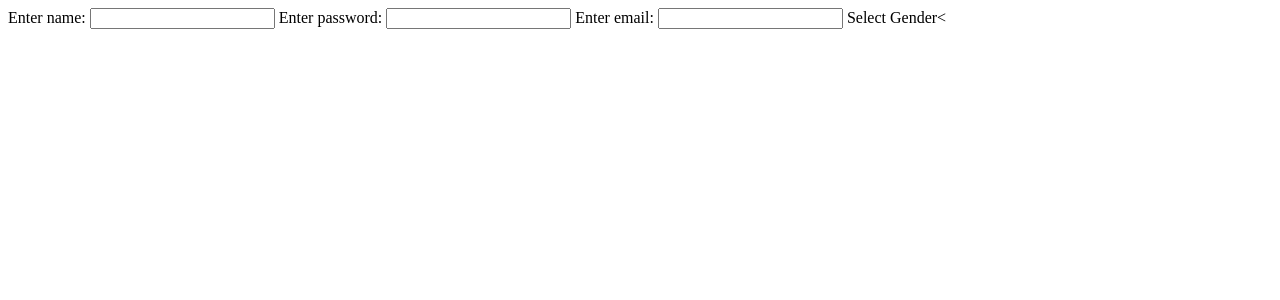
Repository: sagnik938/JSP-JSTL-and-Hibernate
Page: FormAssgn/src/main/webapp/index.html
An editor plug-in stored every save of this project. The page is shown before and after the next save, followed by the edit.
The browser window is 1280 px wide. The pictures show the whole page.

Above is the page before, as saved 2023-02-07 09:01:29.

After the next save:
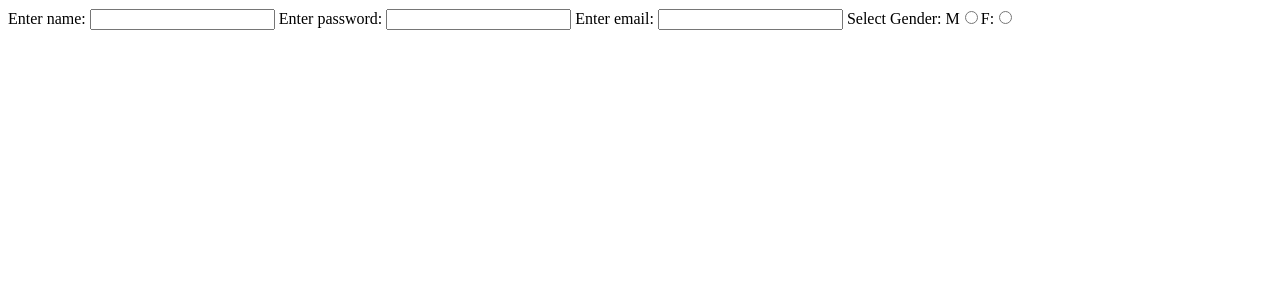
Saved 99 s later.
--- a/FormAssgn/src/main/webapp/index.html
+++ b/FormAssgn/src/main/webapp/index.html
@@ -6,10 +6,10 @@
 </head>
 <body>
 <form action="registration" >
-Enter name: <input type = "text">
-Enter password: <input type = "password">
-Enter email: <input type = "email">
-Select Gender<
+Enter name: <input type = "text" name = "name">
+Enter password: <input type = "password" name = "password">
+Enter email: <input type = "email" name = "email">
+Select Gender: M<input type = "radio" name ="gender">F:<input type = "radio" name ="gender">
 
 </form>
 </body>
